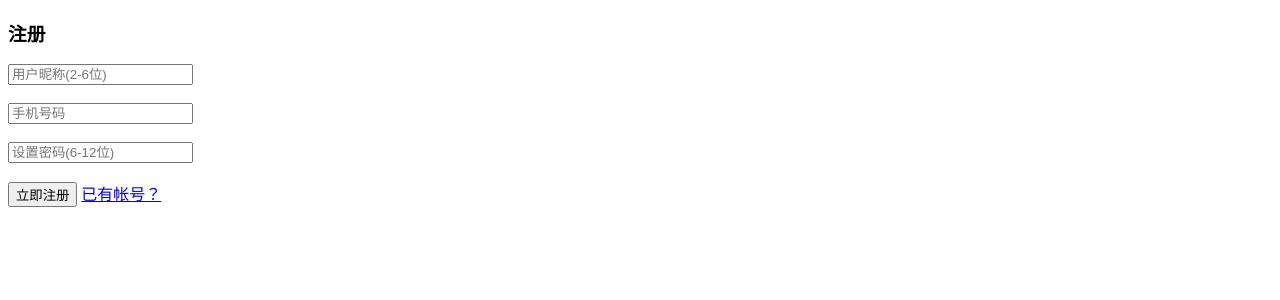
Repository: red-code-yl/web-project
Page: doc/regsit.html
An editor plug-in stored every save of this project. The page is shown before and after the next save, followed by the edit.
The browser window is 1280 px wide. The pictures show the whole page.

Above is the page before, as saved 2020-06-02 15:05:53.

### doc/regsit.html
<!DOCTYPE html>
<html lang="en">
<head>
    <meta charset="UTF-8">
    <meta name="viewport" content="width=device-width, initial-scale=1.0">
    <title>新用户注册页面</title>

    <link type="text/css" href="../css/regist.css" rel="stylesheet"/>
    <script type="text/javascript" src="../js/regist.js"></script>
</head>
<body >
    <div id="concent" >
        <form action ="#" >
        <h3>注册</h3>
        <input  name="username" type="text" required placeholder="用户昵称(2-6位)" minlength="2" maxlength="8"/>
        <br/>
        <br/>
        <input name="tel" type="tel" required pattern="^1[3|4|5|8][0-9]\d{4,8}$" placeholder="手机号码" />
        <br/>
        <br/>
        <input name="pass" required type="password" placeholder="设置密码(6-12位)" minlength="6" maxlength="12"/>
        <br/>
        <br/>
        <input class="regsit" type="submit" value="立即注册"/>
        <a href="login.html">已有帐号？</a>
        </form>

    </div>
</body>
</html>

### js/regist.js
function regist() {
    var username=document.getElementById("username");
    var userpass=document.getElementById("pass");
    var tel=document.getElementById("tel");
    var userpass1=document.getElementById("pass1");

    if (username.value=="") {
        alert("请输入用户名");
    }
    else if (userpass.value=="") {
        alert("请输入密码");
    }
    else if (userpass1.value=="") {
        alert("请再次输入密码");
    }
    else if (userpass.value!=userpass1.value) {
        alert("两次密码输入不一致");
    }
    else if(telp.value=="") {
        alert("请输入正确电话号码");
    }
    else {
        window.location.href="index.html"
        alert("注册成功")
    }
}

Loaded but not shown: css/regist.css (no stored copy; drawn as an empty file)

After the next save:
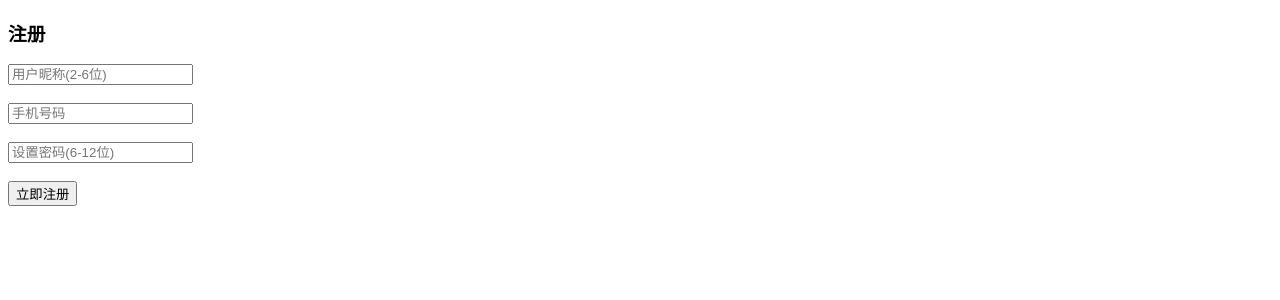
Saved 3 min 36 s later.
--- a/doc/regsit.html
+++ b/doc/regsit.html
@@ -22,7 +22,7 @@
         <br/>
         <br/>
         <input class="regsit" type="submit" value="立即注册"/>
-        <a href="login.html">已有帐号？</a>
+
         </form>
 
     </div>

After the save that followed:
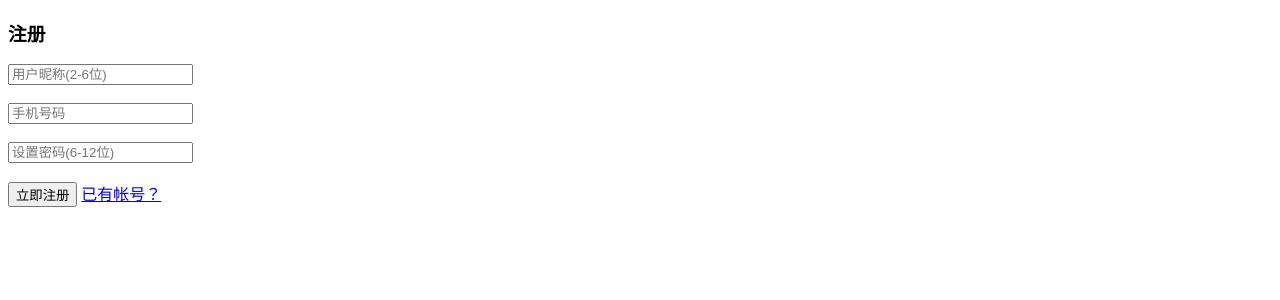
Saved 5 s later.
--- a/doc/regsit.html
+++ b/doc/regsit.html
@@ -22,7 +22,7 @@
         <br/>
         <br/>
         <input class="regsit" type="submit" value="立即注册"/>
-
+        <a href="login.html">已有帐号？</a>
         </form>
 
     </div>
